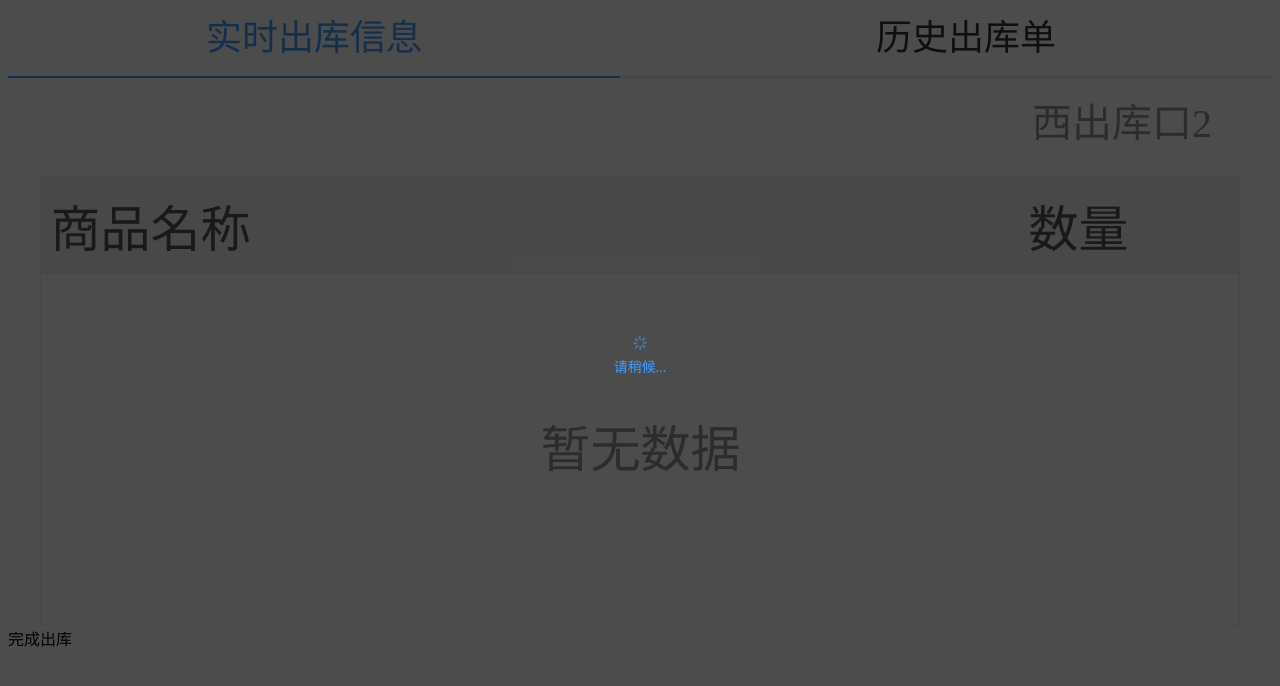
Repository: yaesass/yaesass
Page: /#/InStockDetail (app in scancode/)
These files come from the project's save history. The page is drawn as it stood at one moment and after the next save; the edit follows.
The browser window is 1280 px wide. The pictures show the whole page.
The page's requests for data from a server got no answer. The project was rebuilt for these pictures with package versions that can differ from the ones it lists, and the page was loaded fresh each time. No one was signed in, and anything a server would have sent is missing. Also part of the build but not shown: scancode/vue.config.js.

Above is the page before, as saved 2022-07-01 09:17:49.

After the next save:
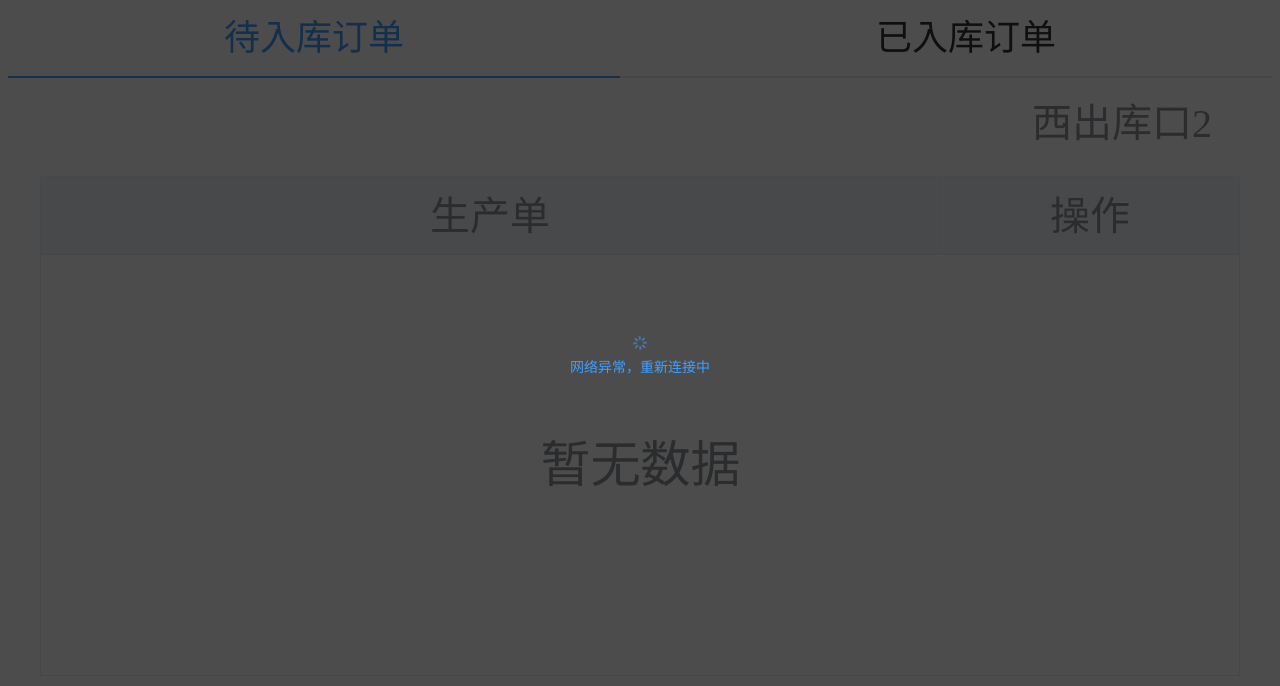
Saved 5 min 8 s later.
--- a/scancode/src/App.vue
+++ b/scancode/src/App.vue
@@ -30,8 +30,8 @@ export default {
     // Remarks = this.getQueryString("Remarks");
     token =
       "Bearer admin-accessToken-eyJ0eXAiOiJKV1QiLCJhbGciOiJIUzI1NiJ9.eyJpZCI6IkVBNDY5MDAwLUEwRTMtNDM2NS04OEU1LTYzNTk4MUQxNzM2NSIsIm5hbWUiOiLmiavnoIEifQ.ysDSnXIKlGLatjoH2wUIq0r65R8tv9DP_CH0vsOTbN0";
-    Name = "out2";
-    Type = "out";
+    Name = "in4";
+    Type = "in";
     Remarks = "西出库口2";
     if (Type == "in") {
       this.$router.push({
